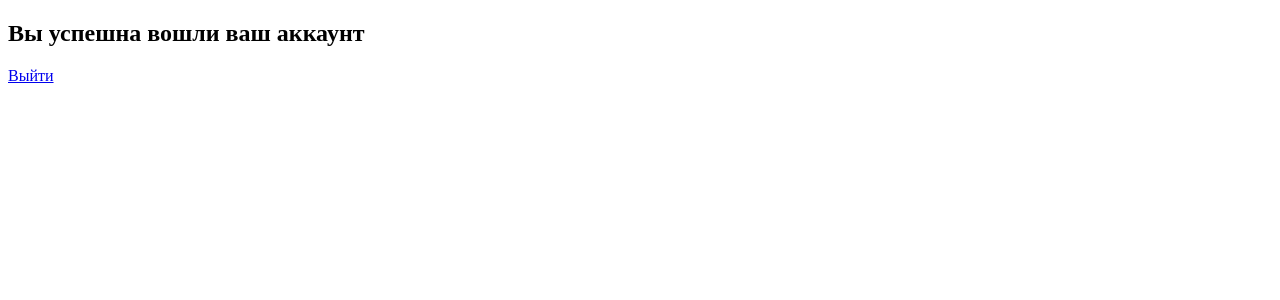
Repository: saberzhan19/diving
Page: http://localhost/login.php
An editor plug-in stored every save of this project. The page is shown before and after a run of saves, followed by the edit.
The browser window is 1280 px wide. The pictures show the whole page.
The page is run by PHP 8.4 with error messages shown; the project is at /var/www/html/.

Above is the page before, as saved 2022-01-23 06:10:13.

### login.php
<!DOCTYPE html>
<html lang="en">
<head>
    <meta charset="UTF-8">
    <meta http-equiv="X-UA-Compatible" content="IE=edge">
    <meta name="viewport" content="width=device-width, initial-scale=1.0">
    <title>Document</title>

</head>
<body>
    <h2>Вы успешна вошли ваш аккаунт</h2>
    <a class="btn btn-success mt-3" href="page_login.php">Выйти</a>

</body>
</html>

After the next 2 saves:
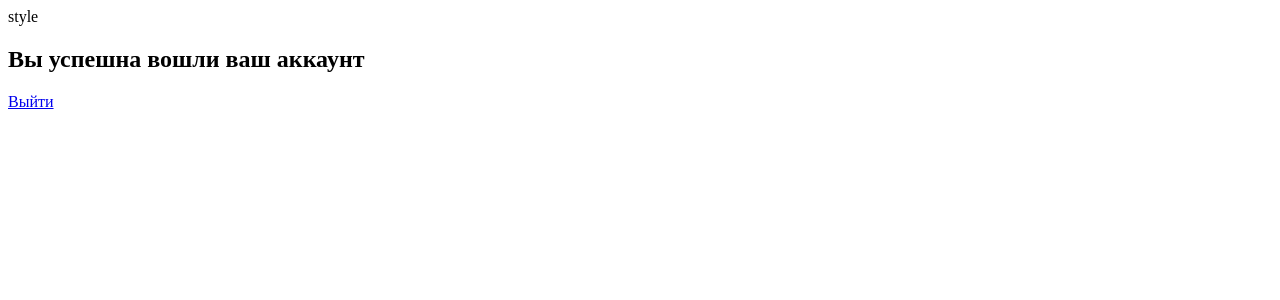
The 2 saves are shown as one change because they came seconds apart.
The last was saved 8 s later.
--- a/login.php
+++ b/login.php
@@ -5,7 +5,7 @@
     <meta http-equiv="X-UA-Compatible" content="IE=edge">
     <meta name="viewport" content="width=device-width, initial-scale=1.0">
     <title>Document</title>
-
+    style
 </head>
 <body>
     <h2>Вы успешна вошли ваш аккаунт</h2>

After the 3 saves that followed:
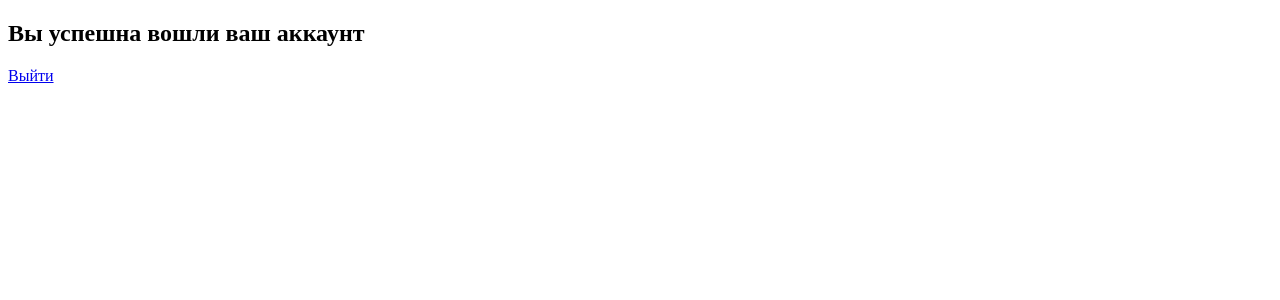
The 3 saves are shown as one change because they came seconds apart.
The last was saved 9 s later.
--- a/login.php
+++ b/login.php
@@ -5,7 +5,7 @@
     <meta http-equiv="X-UA-Compatible" content="IE=edge">
     <meta name="viewport" content="width=device-width, initial-scale=1.0">
     <title>Document</title>
-    style
+    <style></style>
 </head>
 <body>
     <h2>Вы успешна вошли ваш аккаунт</h2>
